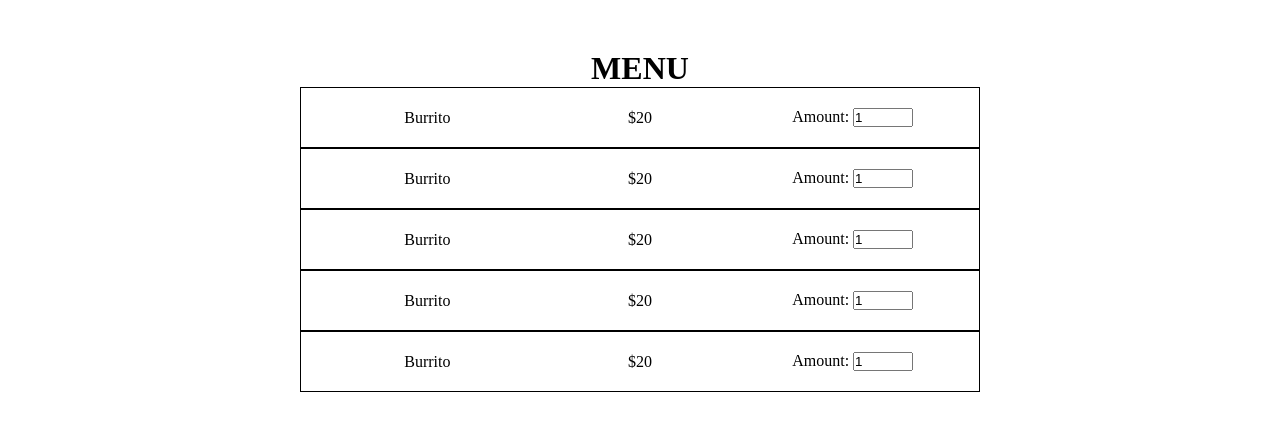
Repository: LamQuocPhu/JungTalent
Page: http://localhost/
An editor plug-in stored every save of this project. The page is shown before and after a run of saves, followed by the edit.
The browser window is 1280 px wide. The pictures show the whole page.
The page is served by the project's Node server (index.js).

Above is the page before, as saved 2023-10-25 23:06:16.

### views/cart.ejs
<!DOCTYPE html>
<html lang="en">
  <head>
    <meta charset="UTF-8" />
    <meta name="viewport" content="width=device-width, initial-scale=1.0" />
    <title>Document</title>
    <link rel="stylesheet" href="/css/style.css" />
  </head>
  <body>
    <div class="wrapper">
        <div class="header">
            <h1>MENU</h1>
        </div>
      <div class="cart-item">
        <div class="item-name">
          <span>Burrito</span>
        </div>
        <div class="item-price">
          <span>$20</span>
        </div>
        <div class="item-amount">
          <span>Amount:</span>
          <input type="number" value="1" min="1" max="100" />
        </div>


      </div>
      <div class="cart-item">
        <div class="item-name">
          <span>Burrito</span>
        </div>
        <div class="item-price">
          <span>$20</span>
        </div>
        <div class="item-amount">
          <span>Amount:</span>
          <input type="number" value="1" min="1" max="100" />
        </div>
      </div>
      <div class="cart-item">
        <div class="item-name">
          <span>Burrito</span>
        </div>
        <div class="item-price">
          <span>$20</span>
        </div>
        <div class="item-amount">
          <span>Amount:</span>
          <input type="number" value="1" min="1" max="100" />
        </div>
      </div>
      <div class="cart-item">
        <div class="item-name">
          <span>Burrito</span>
        </div>
        <div class="item-price">
          <span>$20</span>
        </div>
        <div class="item-amount">
          <span>Amount:</span>
          <input type="number" value="1" min="1" max="100" />
        </div>
      </div>
      <div class="cart-item">
        <div class="item-name">
          <span>Burrito</span>
        </div>
        <div class="item-price">
          <span>$20</span>
        </div>
        <div class="item-amount">
          <span>Amount:</span>
          <input type="number" value="1" min="1" max="100" />
        </div>
      </div>
    </div>
  </body>
</html>

### index.js
var express = require('express');
var app = express();
const PORT = process.env.PORT || 3003;
const bodyParser = require("body-parser");
const path = require("path");


app.set("view engine", "ejs");
app.set("views", "./views");
app.use(bodyParser.urlencoded({ extended: true }));
app.use(express.static(path.join(__dirname, 'public')));


app.listen(PORT, () => {
    console.log(`Server start on port ${PORT}`);
})

app.get('/', (req, res) => {
    res.render('cart');
});

### public/css/style.css
* {
  margin: 0;
  padding: 0;
  box-sizing: border-box;
}

.wrapper {
  margin-block: 50px;
  width: 100%;
  height: auto;
  text-align: center;
  padding-inline: 300px;
}

.header{
    BACK
}

.cart-item {
  border: 1px solid #000;
  display: flex;
  justify-content: center;
  align-items: center;
  width: 100%;
  padding: 20px;
}
.item-name {
  width: 33.33%;
}
.item-price {
  width: 33.33%;
}
.item-amount {
  width: 33.33%;
}

After the next 2 saves:
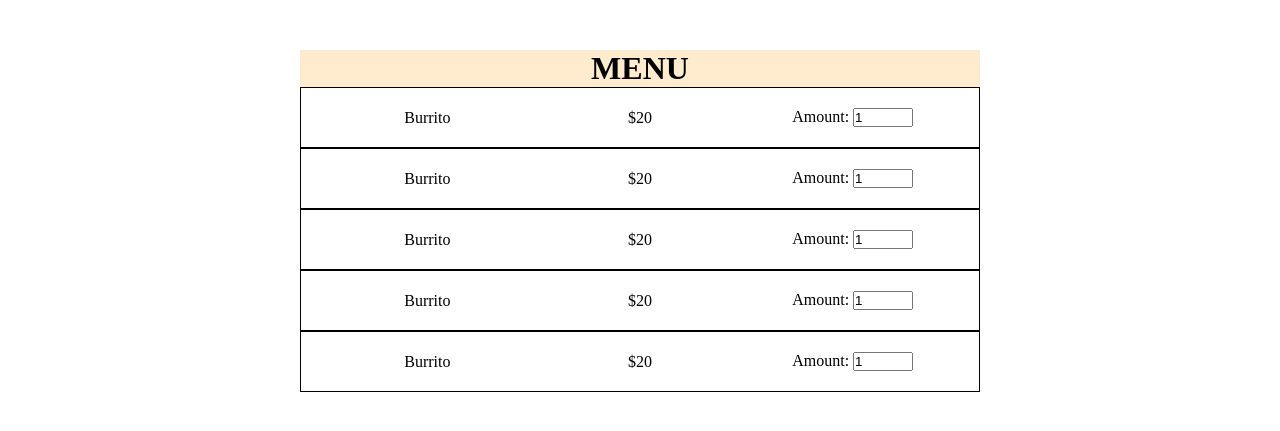
The 2 saves are shown as one change because they came seconds apart.
The last was saved 11 s later.
--- a/public/css/style.css
+++ b/public/css/style.css
@@ -13,7 +13,7 @@
 }
 
 .header{
-    BACK
+    background-color: blanchedalmond;
 }
 
 .cart-item {
